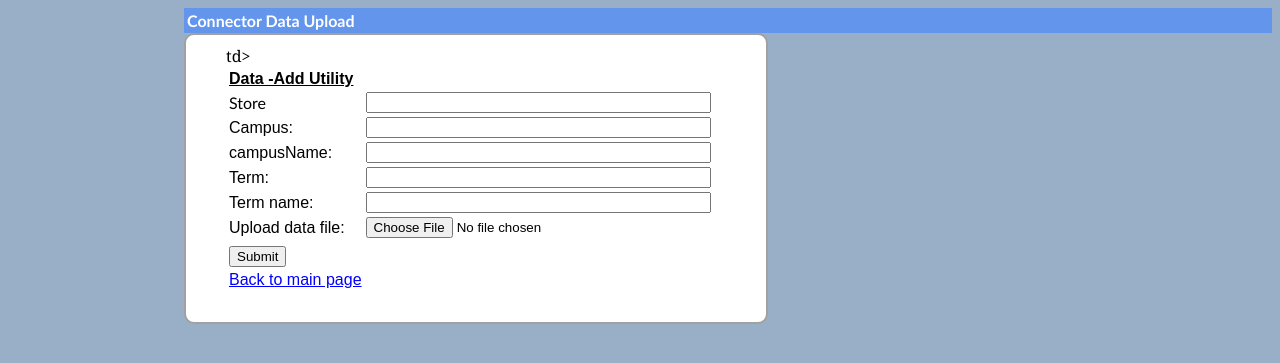
Repository: caditya/Dataupload
Page: http://localhost/connectordata/WEB-INF/views/datainput.jsp
The author's editor kept a copy of each file at every save. The page is drawn from the files as they stood at one save, then again after the next save.
The browser window is 1280 px wide. The pictures show the whole page.
Some web libraries are served in a nearby version. The page is served by Tomcat 9. Nobody is signed in. Other server files are loaded and not shown. The template is opened directly, without the code that normally fills it, so the values that code supplies are empty.

Above is the page before, as saved 2014-07-21 19:54:40.

### QAFileUpload/connectordata/src/main/webapp/WEB-INF/views/datainput.jsp
<%@ page language="java" contentType="text/html; charset=ISO-8859-1"
	pageEncoding="ISO-8859-1"%>
<html>
<head>

<%@taglib prefix="c" uri="http://java.sun.com/jsp/jstl/core"%>
<link href="<c:url value="/resources/css/coffee.css" />"
	rel="stylesheet">

<script src="//code.jquery.com/jquery-1.10.2.js"></script>
<script>
	$(document).ready(function() {
		$(function() {
		    $(document).keypress(function(event) {
		        var ch = String.fromCharCode(event.keyCode || event.charCode);
		        switch (ch) {
		            case 'c': case 'C':
		            	uploadFile();
		                break;
		        }
		    });
		});



		$("#submit-button").click(function() {
			$("#newaccountform").attr("action", "/it/createnewaccount");
			$("#newaccountform").attr("method", "post");
			$("#newaccountform").submit();
		});
		$("#startfile").click(function() {
			createstart();
		});



	});
</script>

<script>
function createstart(){
	alert('createstart');
	$.getJSON("/connector/startfile", { store: $('#store').val() }, function(startfile) {
		if (startfile.error== 'false') {
        	$("#placeholder_startfile").html(startfile);

        } else if (availability.error=='true'){
        	$("#placeholder_startfile").html("Cannot create file with this data");
        }
    });
}



	!function(d, s, id) {
		var js, fjs = d.getElementsByTagName(s)[0], p = /^http:/
				.test(d.location) ? 'http' : 'https';
		if (!d.getElementById(id)) {
			js = d.createElement(s);
			js.id = id;
			js.src = p + '://platform.twitter.com/widgets.js';
			fjs.parentNode.insertBefore(js, fjs);
		}
	}(document, 'script', 'twitter-wjs');
</script>
<title>Follett Apps</title>
<style>
.error {
	color: #ff0000;
}

</style>
</head>
<body>

	<%@ include file="shared/CoffeeHeader.jsp"%>
	<c:if test="${'Account Created' eq account_status}">
		<c:out value="Account Created1"></c:out>
	</c:if>

	 <div >
	<form:form method="POST" commandName="dataBlock" action="/connector/startfile" enctype="multipart/form-data">
		<form:errors path="*" cssClass="errorblock" element="div" />

	 <table>
		<tr>
				<td><b><u>Data -Add Utility</u></b></td>

			</tr>
			<tr>
				<td><p style="font-family:calibri;font-size:16px;">Store</p></td>td>
				<td> <form:input path="store"  size="40"/></td>
				<td><form:errors path="store" cssClass="error" /></td>
			</tr>
			<tr>
				<td>Campus:</td>
				<td><form:input path="campus"  size="40"/></td>
				<td><form:errors path="campus" cssClass="error"  /></td>
			</tr>

			<tr>
				<td>campusName:</td>
				<td><form:input path="campusName" size="40"/></td>
				<td><form:errors path="campusName" cssClass="error" /></td>
			</tr>
			<tr>
				<td>Term:</td>
				<td><form:input path="term" size="40"/></td>
				<td><form:errors path="term" cssClass="error" /></td>
			</tr>
			<tr>
				<td>Term name:</td>
				<td><form:input path="termName" size="40"/></td>
				<td><form:errors path="termName" cssClass="error" /></td>
			</tr>
			<tr>
				<td>Upload data file:</td>

				<td>
				<input type="file" name="dataFile"/>
				</td>

			</tr>
			<tr>
			<td><input type='button' id='startfile' name='startfile'
				value='Generate Start File' hidden="true" /></td>
			</tr>
			<tr>
				<td colspan="3"><input type="submit" /></td>
			</tr>
			<tr>
		<td><a href="/connector/" class='font'>Back to main page</a></td>
		</tr>
		<tr>
			<td><p  class='font' id="placeholder_startfile"></p></td>
		</tr>

		</table>

	</form:form>
	</div>


</body>
</html>

### QAFileUpload/connectordata/src/main/webapp/WEB-INF/views/shared/CoffeeHeader.jsp
<%@ page language="java" contentType="text/html; charset=ISO-8859-1"
	pageEncoding="ISO-8859-1"%>
<%@ taglib prefix="c" uri="http://java.sun.com/jsp/jstl/core"%>
<%@ taglib prefix="fmt" uri="http://java.sun.com/jsp/jstl/fmt"%>
<%@ taglib prefix="form" uri="http://www.springframework.org/tags/form"%>
<%@ taglib prefix="sec"
	uri="http://www.springframework.org/security/tags"%>

<html>
<head>
<link rel="stylesheet" href="/coffee.css">
<link href="<c:url value="/resources/css/coffee.css" />"
	rel="stylesheet">
<title>Connector Header</title>
</head>
<body>
	<table class='table_header' >

		<tr>
			<td class="center" style="width: 80%;">
				<p class='pHeading'><b>Connector Data Upload</b></p>
			</td>
			<td class="center"  align="right"  "width: 15%">
			<sec:authorize access="authenticated">
					<p class='pHeading'>
						<sec:authentication property="name" />
			</td>
			<td class="center" style="width: 15%">
				<c:url var="logouturl" value="/j_spring_security_logout" />
				<a href="${logouturl}"> Log out</a>

			</td>
			</sec:authorize>
		</tr>
	</table>
</body>
</html>

### QAFileUpload/connectordata/src/main/webapp/resources/css/coffee.css
@CHARSET "UTF-8";
body {
  padding-left: 11em;
  font-family: Georgia, "Times New Roman",
        Times, serif;
  color: black;
  background-color: #98AFC7 }
ul.navbar {
  list-style-type: none;
  padding: 0;
  margin: 0;
  position: absolute;
  top: 2em;
  left: 1em;
  width: 9em }
h1 {
  font-family: Helvetica, Geneva, Arial,
        SunSans-Regular, sans-serif }
ul.navbar li {
  background: white;
  margin: 0.5em 0;
  padding: 0.3em;
  border-right: 1em solid black }
ul.navbar a {
  text-decoration: none }
a:link {
  color: blue }
a:visited {
  color: black }
address {
  margin-top: 1em;
  padding-top: 1em;
  border-top: thin dotted }

p.pHeading {
 	color: white;
 	background:#6495ED;
 }
 td.center {
    /* <http://www.w3.org/wiki/CSS/Properties/text-align>
     * left, right, center, justify, inherit
     */
    text-align: left;
    /* <http://www.w3.org/wiki/CSS/Properties/vertical-align>
     * baseline, sub, super, top, text-top, middle,
     * bottom, text-bottom, length, or a value in percentage
     */
    vertical-align: text-top;
    font-family: Calibri, Candara, Segoe, "Segoe UI", Optima, Arial, sans-serif;;
}
.font{
	font: caption;
}
.errorblock {
	font: caption;
	color: black;
	background-color: ;
	border: 3px solid #ff0000;
	padding: 8px;
	margin: 0px;
}
.table_header{
	width: 100%;
	background-color: #6495ED;
}
td {
	font: caption;
}
a {
	font: caption;
}

td.u{
	text-decoration:underline bold;
}
.modal {
    display:    none;
    position:   fixed;
    z-index:    1000;
    top:        0;
    left:       0;
    height:     100%;
    width:      100%;
    background: rgba( 255, 255, 255, .8 )
                url('http://i.stack.imgur.com/FhHRx.gif')
                50% 50%
                no-repeat;
}

/* When the body has the loading class, we turn
   the scrollbar off with overflow:hidden */
body.loading {
    overflow: hidden;
}

/* Anytime the body has the loading class, our
   modal element will be visible */
body.loading .modal {
    display: block;
}
.disabled {
   backgroundColor:black;
   color: darkgrey;
   background-color: grey;
   backgroundColor:black;
}


div {
    border: 2px solid #a1a1a1;
    padding: 10px 40px;
    background: white;
    width: 500px;
    border-radius: 10px;
}

After the next save:
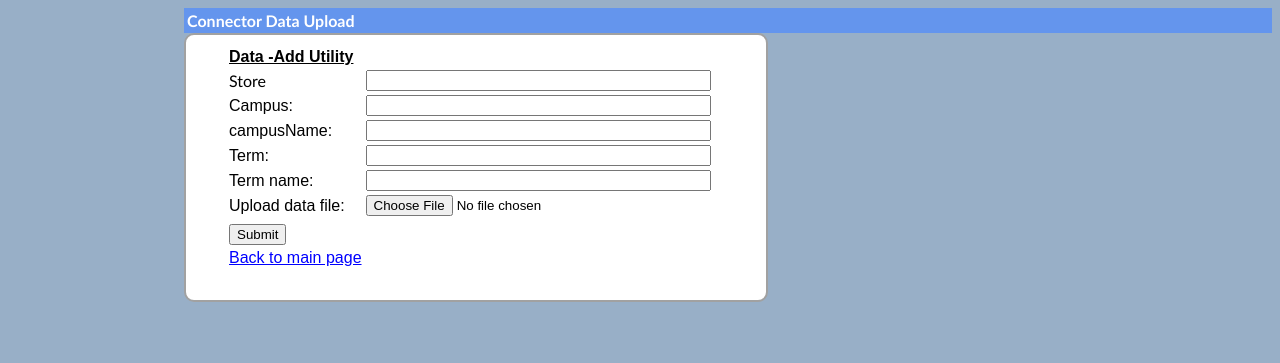
Saved 10 s later.
--- a/QAFileUpload/connectordata/src/main/webapp/WEB-INF/views/datainput.jsp
+++ b/QAFileUpload/connectordata/src/main/webapp/WEB-INF/views/datainput.jsp
@@ -88,7 +88,7 @@ function createstart(){
 
 			</tr>
 			<tr>
-				<td><p style="font-family:calibri;font-size:16px;">Store</p></td>td>
+				<td><p style="font-family:calibri;font-size:16px;">Store</p></td>
 				<td> <form:input path="store"  size="40"/></td>
 				<td><form:errors path="store" cssClass="error" /></td>
 			</tr>
